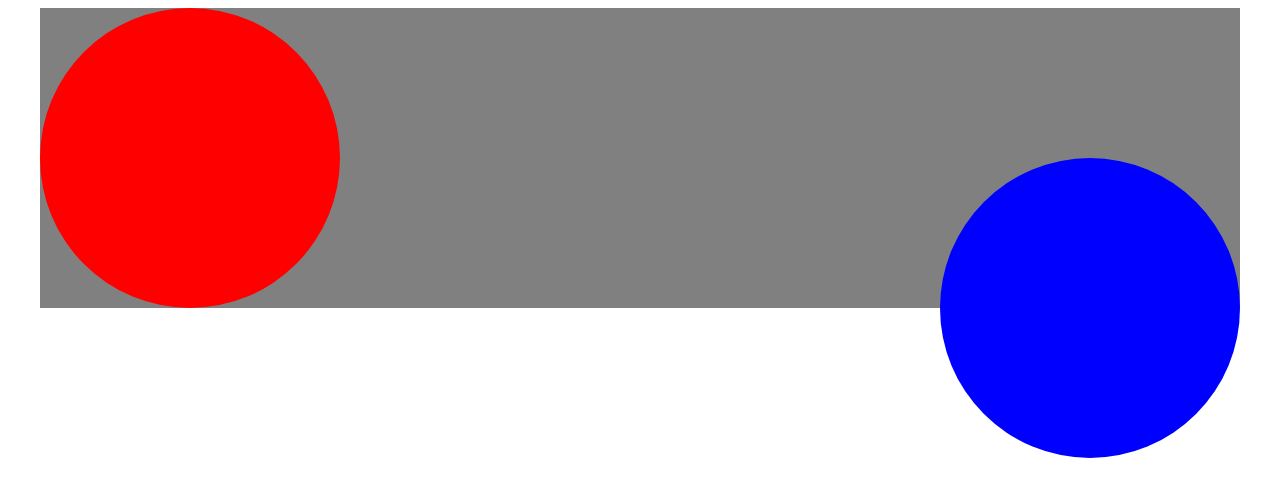
Repository: dovanluyen1996/Test-Git-PR
Page: index.html
These files come from the project's save history. The page is drawn as it stood at one moment and after the next save; the edit follows.
The browser window is 1280 px wide. The pictures show the whole page.

Above is the page before, as saved 2021-09-06 23:17:41.

### index.html
<!DOCTYPE html>
<html lang="en">
  <head>
    <meta charset="UTF-8" />
    <meta http-equiv="X-UA-Compatible" content="IE=edge" />
    <meta name="viewport" content="width=device-width, initial-scale=1.0" />
    <title>TestVsCode</title>
    <link rel="stylesheet" href="css/style.css" />
  </head>

  <body>
    <div class="container">
      <div class="test1"></div>
      <div class="test2"></div>
    </div>
    <div class="im-center"></div>
  </body>
</html>

### css/style.css
body {
}
.container {
  width: 1200px;
  margin: 0 auto;
  position: relative;
  background-color: grey;
}
.test1 {
  width: 300px;
  height: 300px;
  background-color: red;
  border-radius: 50%;
}
.test2 {
  width: 300px;
  height: 300px;
  background-color: blue;
  border-radius: 50%;
  position: absolute;
  right: 0;
  top: 50%;
}

After the next save:
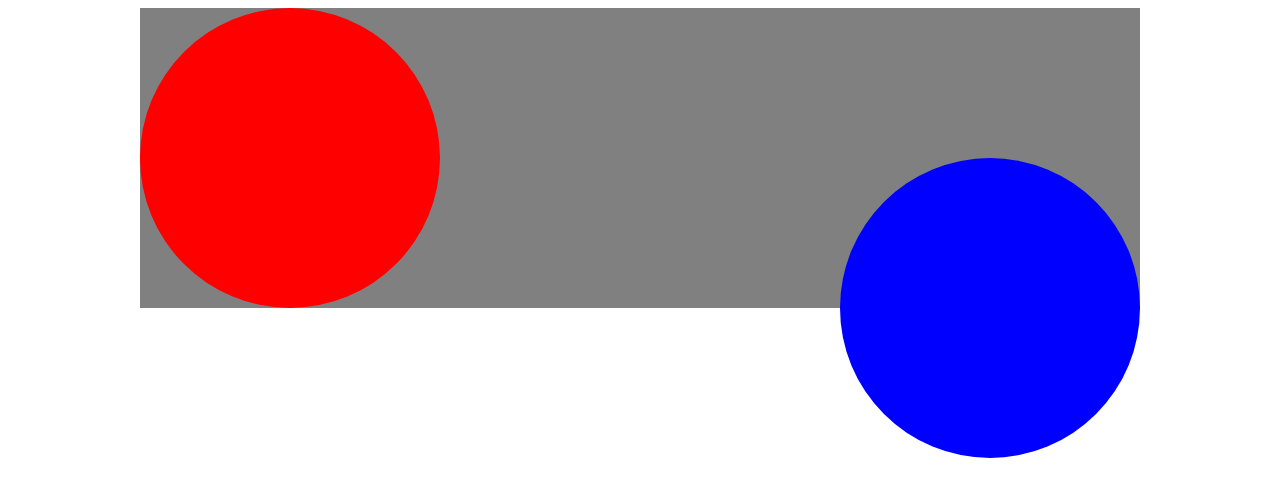
Saved 5 s later.
--- a/css/style.css
+++ b/css/style.css
@@ -1,7 +1,7 @@
 body {
 }
 .container {
-  width: 1200px;
+  width: 1000px;
   margin: 0 auto;
   position: relative;
   background-color: grey;
